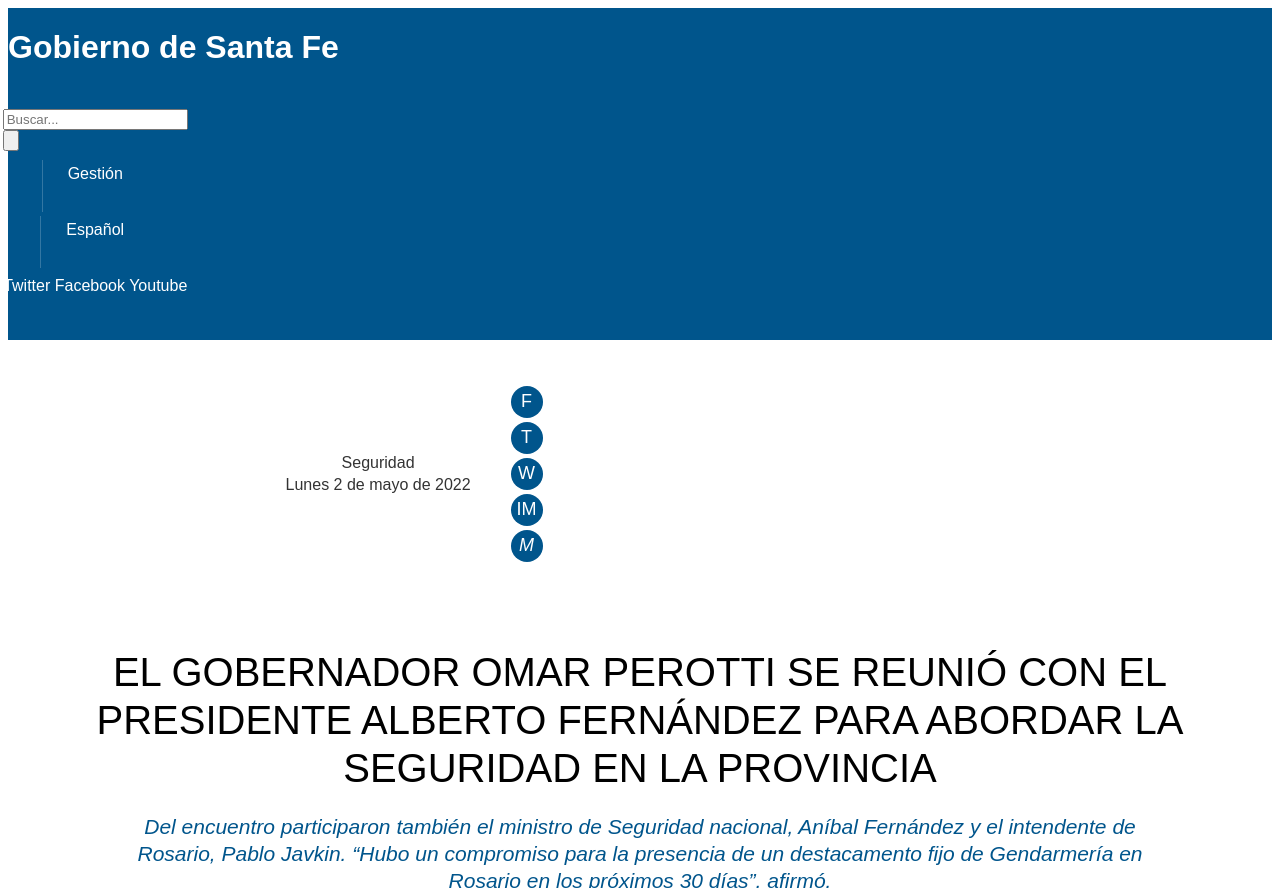
Repository: Larrowo/LPPA
Page: Clase 4/index.html
An editor plug-in stored every save of this project. The page is shown before and after the next save, followed by the edit.
The browser window is 1280 px wide. The pictures show the part of the page from y = 0 to 888 px (the page is 2987 px tall before and 2979 px after).
A picture or video elsewhere on the page could not be fetched, so the positions and the page height are approximate.

Above is the page before, as saved 2022-05-03 14:27:15.

After the next save:
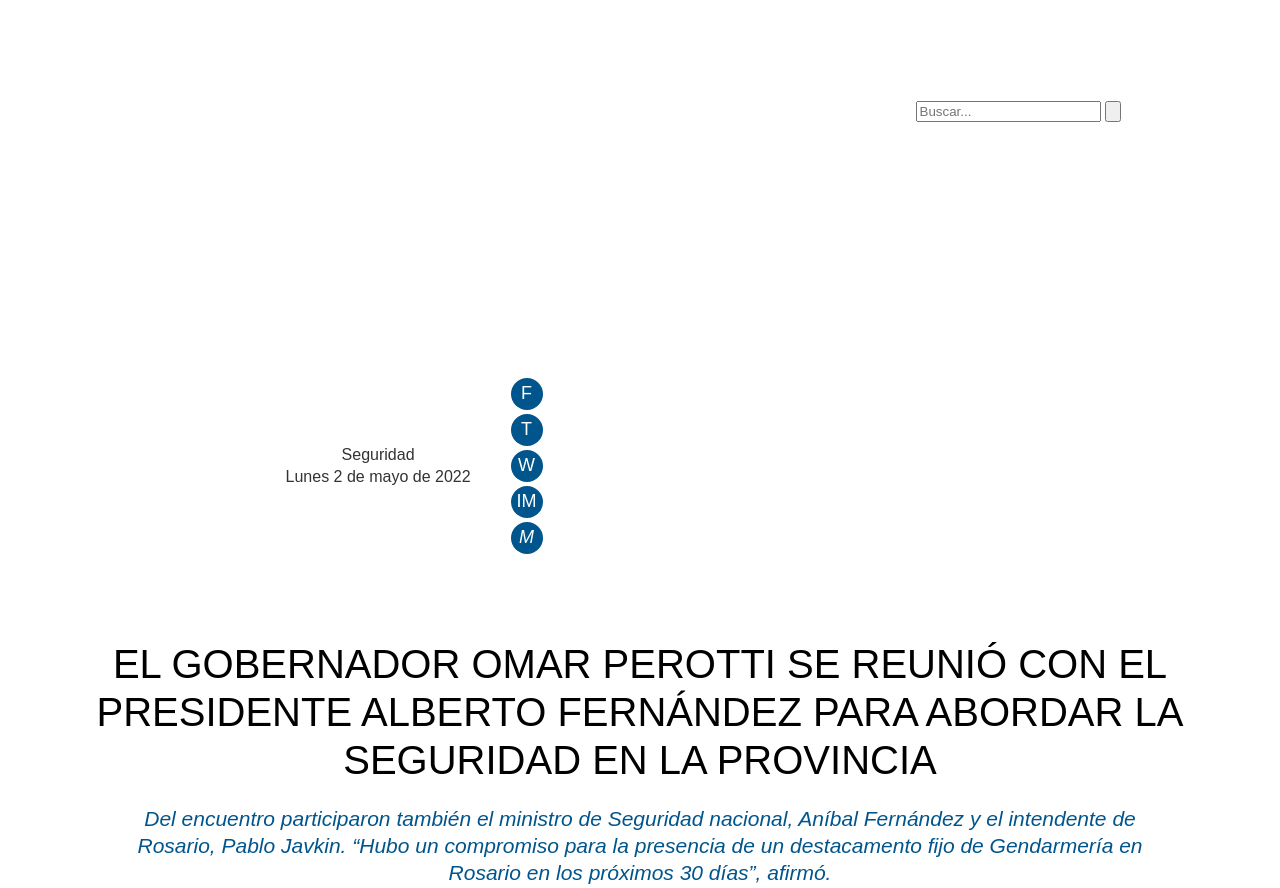
Saved 27 s later.
--- a/Clase 4/style.css
+++ b/Clase 4/style.css
@@ -53,13 +53,13 @@
   line-height: 120%;
   color: #000;
 }
-#site-header {
+/* #site-header {
   display: flex;
   align-items: baseline;
   gap: 1rem;
   font-family: "Poppins", sans-serif;
   background-color: #00558c;
-}
+} */
 
 #site-header .nav-header {
   width: calc(100% - 126px);

After the save that followed:
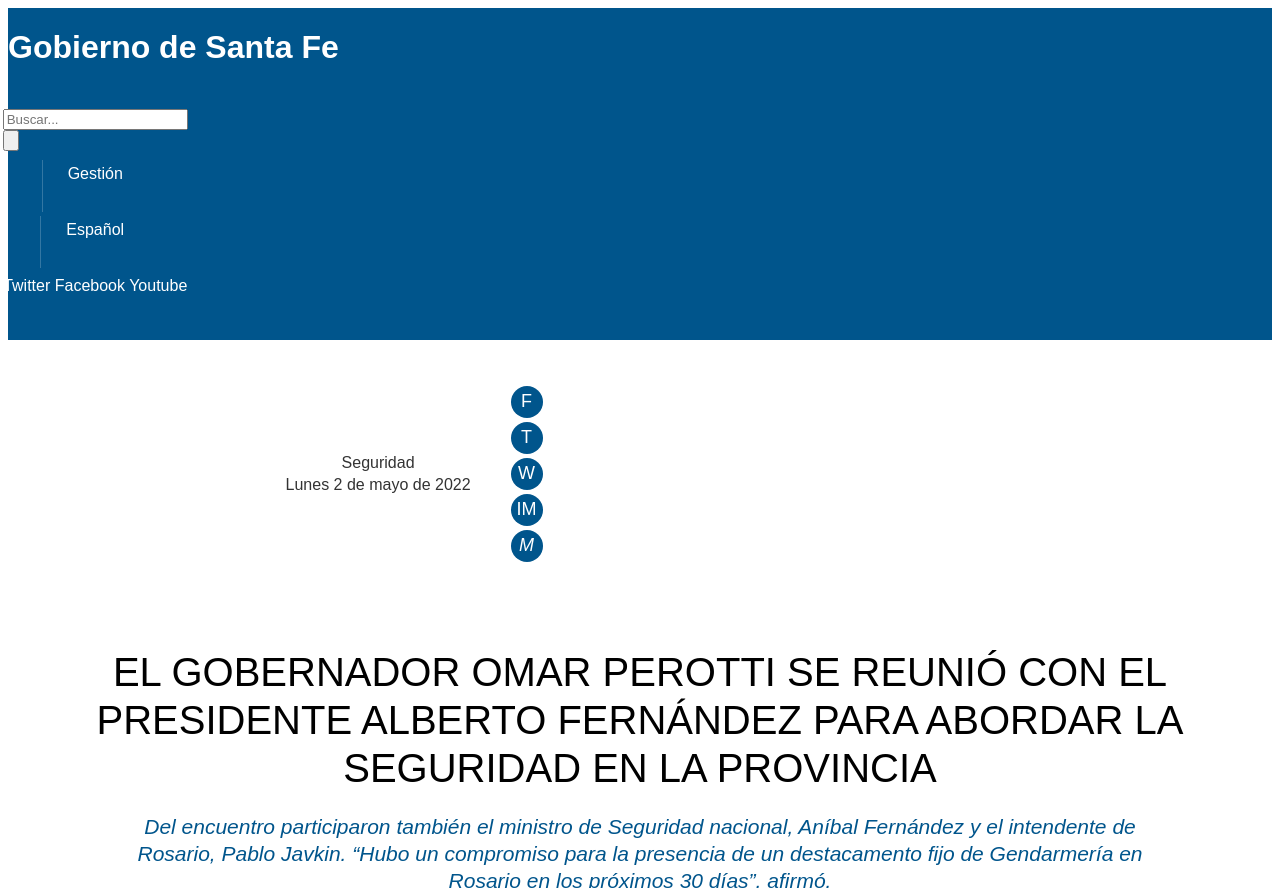
Saved 4 s later.
--- a/Clase 4/style.css
+++ b/Clase 4/style.css
@@ -53,13 +53,13 @@
   line-height: 120%;
   color: #000;
 }
-/* #site-header {
+#site-header {
   display: flex;
   align-items: baseline;
   gap: 1rem;
   font-family: "Poppins", sans-serif;
   background-color: #00558c;
-} */
+}
 
 #site-header .nav-header {
   width: calc(100% - 126px);
